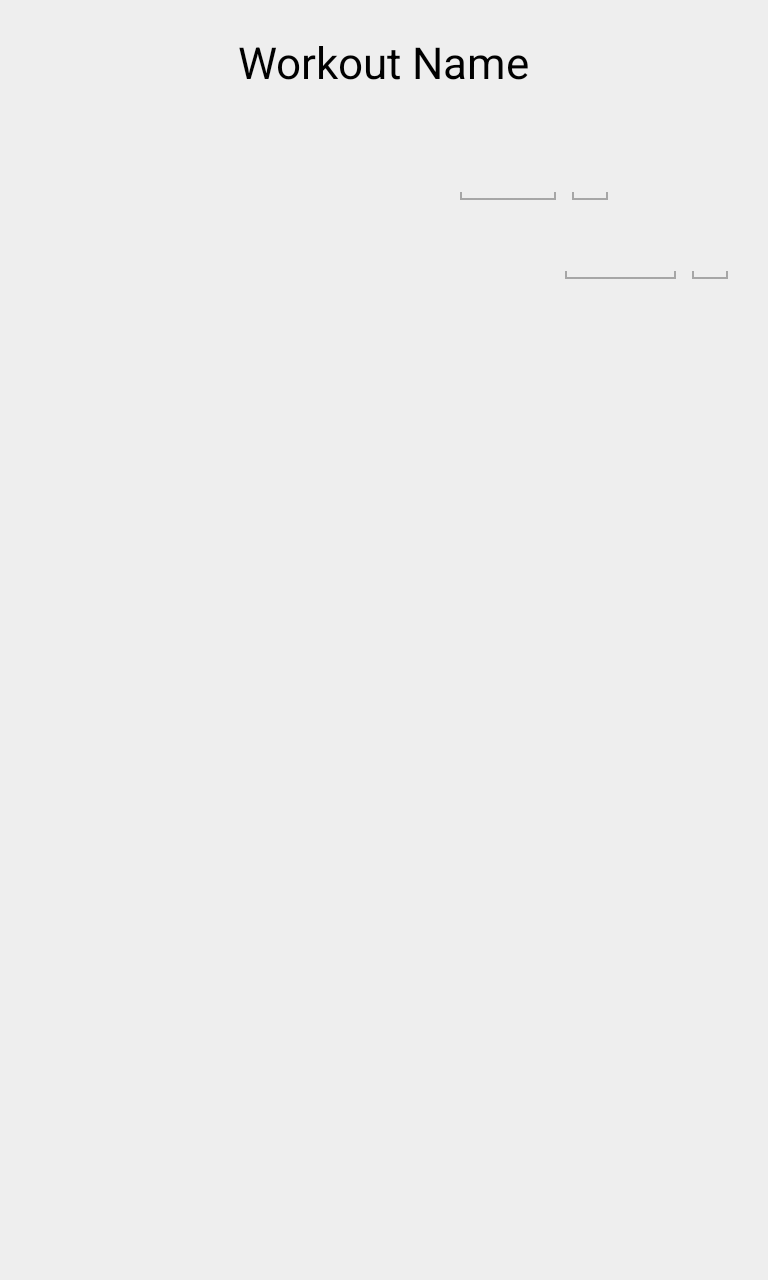
Repository: jmcdon09/EZWorkout
Layout: EzTrain/EzTrain/res/layout/activity_active_workout.xml
These files come from the project's save history. The layout is drawn as it stood at one moment and after the next save; the edit follows.
It is drawn on a 768 x 1280 px phone screen (xhdpi) without system bars, with theme AppTheme; the app's code is not run.

Above is the layout before, as saved 2014-03-30 14:09:11.

### EzTrain/EzTrain/res/layout/activity_active_workout.xml
<LinearLayout xmlns:android="http://schemas.android.com/apk/res/android"
    xmlns:tools="http://schemas.android.com/tools"
    android:id="@+id/LinearLayout1"
    android:layout_width="match_parent"
    android:layout_height="match_parent"
    android:orientation="vertical"
    android:background="@color/background"
    android:paddingBottom="@dimen/activity_vertical_margin"
    android:paddingLeft="@dimen/activity_horizontal_margin"
    android:paddingRight="@dimen/activity_horizontal_margin"
    android:paddingTop="@dimen/activity_vertical_margin"
    tools:context=".ActiveWorkout" >

        <TextView
            android:id="@+id/active_workout"
            android:layout_width="wrap_content"
            android:layout_height="wrap_content"
            android:layout_gravity="center"
            android:text="@string/workout_name"
            android:textAppearance="?android:attr/textAppearanceLarge" />

        <TableLayout
            android:layout_width="match_parent"
            android:layout_height="wrap_content" >

            <TableRow
                android:id="@+id/tableRow1"
                android:layout_width="wrap_content"
                android:layout_height="wrap_content"
                android:weightSum="100" >

                <TextView android:id="@+id/exercise"
                    android:layout_width="fill_parent"
                    android:layout_height="wrap_content"
                    android:layout_weight="70" />

                <TextView android:id="@+id/set"
                    android:layout_width="fill_parent"
                    android:layout_height="fill_parent"
                    android:layout_gravity="10" />

                <TextView android:id="@+id/rep"
                    android:layout_width="fill_parent"
                    android:layout_height="wrap_content"
                    android:layout_weight="10" />

                <TextView android:id="@+id/weight"
                    android:layout_width="fill_parent"
                    android:layout_height="fill_parent"
                    android:layout_gravity="10" />

            </TableRow>

            <TableRow
                android:id="@+id/tableRow2"
                android:layout_width="wrap_content"
                android:layout_height="wrap_content"
                android:weightSum="100" >

                <TextView android:id="@+id/exercise1"
                    android:layout_width="fill_parent"
                    android:layout_height="wrap_content"
                    android:layout_weight="70" />

                <TextView android:id="@+id/set1"
                    android:layout_width="fill_parent"
                    android:layout_height="fill_parent"
                    android:layout_gravity="10" />

                <EditText android:id="@+id/rep1"
                    android:layout_width="fill_parent"
                    android:layout_height="wrap_content"
                    android:layout_weight="10"
                    android:inputType="number" />

                <EditText android:id="@+id/weight1"
                    android:layout_width="fill_parent"
                    android:layout_height="fill_parent"
                    android:layout_gravity="10"
                    android:inputType="number"/>
            </TableRow>

            <TableRow
                android:id="@+id/tableRow3"
                android:layout_width="wrap_content"
                android:layout_height="wrap_content" >

                <TextView android:id="@+id/exercise1"
                    android:layout_width="fill_parent"
                    android:layout_height="wrap_content"
                    android:layout_weight="70" />

                <TextView android:id="@+id/set2"
                    android:layout_width="fill_parent"
                    android:layout_height="fill_parent"
                    android:layout_gravity="10" />

                <EditText android:id="@+id/rep2"
                    android:layout_width="fill_parent"
                    android:layout_height="wrap_content"
                    android:layout_weight="10"
                    android:inputType="number" />

                <EditText android:id="@+id/weight3"
                    android:layout_width="fill_parent"
                    android:layout_height="fill_parent"
                    android:layout_gravity="10"
                    android:inputType="number"/>

            </TableRow>

            <TableRow
                android:id="@+id/tableRow4"
                android:layout_width="wrap_content"
                android:layout_height="wrap_content" >
            </TableRow>
        </TableLayout>

</LinearLayout>

### EzTrain/EzTrain/res/values-v11/styles.xml
<?xml version="1.0" encoding="utf-8"?>
<resources>

    <!--
        Base application theme for API 11+. This theme completely replaces
        AppBaseTheme from res/values/styles.xml on API 11+ devices.
    -->
    <style name="AppBaseTheme" parent="android:Theme.Holo.Light">
        <!-- API 11 theme customizations can go here. -->
    </style>

    <style name="FullscreenTheme" parent="android:Theme.Holo">
        <item name="android:actionBarStyle">@style/FullscreenActionBarStyle</item>
        <item name="android:windowActionBarOverlay">true</item>
        <item name="android:windowBackground">@null</item>
        <item name="buttonBarStyle">?android:attr/buttonBarStyle</item>
        <item name="buttonBarButtonStyle">?android:attr/buttonBarButtonStyle</item>
    </style>

    <style name="FullscreenActionBarStyle" parent="android:Widget.Holo.Light.ActionBar">
        <item name="android:background">@color/action_bar_background</item>
        <item name="android:actionMenuTextColor">@color/black_overlay</item>
    </style>

</resources>

### EzTrain/EzTrain/res/values-v14/styles.xml
<resources xmlns:android="http://schemas.android.com/apk/res/android">

    <!--
        Base application theme for API 14+. This theme completely replaces
        AppBaseTheme from BOTH res/values/styles.xml and
        res/values-v11/styles.xml on API 14+ devices.
    -->
    <style name="AppBaseTheme" parent="@android:style/Theme.Holo.Light.DarkActionBar">
        <!-- API 14 theme customizations can go here. -->
        <item name="android:actionBarStyle">@style/MyActionBar</item>


    </style>

    <style name="MyActionBar" parent="@android:style/Widget.Holo.Light.ActionBar">
        <item name="android:background">@color/action_bar_background</item>
        <item name="android:titleTextStyle">@style/MyActionBarTitle</item>
    </style>

	<style name="MyActionBarTitle" parent="@android:style/TextAppearance.Holo.Widget.ActionBar.Title">
	    <item name="android:textColor">@color/title</item>

	</style>

	<style name="LargeTableText">
	    <item name="android:textAppearance">?android:attr/textAppearanceSmall</item>
	</style>



</resources>

### EzTrain/EzTrain/res/values/colors.xml
<resources>

    <color name="action_bar_background">#4db6af</color>
    <color name="black_overlay">#66000000</color>
    <color name="background">#eee</color>
    <color name="font">#444</color>
    <color name="accent">#ccc</color>
    <color name="title">#FFF</color>

</resources>

### EzTrain/EzTrain/res/values/strings.xml
<?xml version="1.0" encoding="utf-8"?>
<resources>

    <string name="app_name">EZWorkout</string>

    <string-array name="muscle_groups">
        <item>Arms</item>
        <item>Abdominals</item>
        <item>Chest</item>
        <item>Back</item>
        <item>Legs</item>
        <item>Shoulders</item>
    </string-array>

    <string-array name="my_workouts">
        <item>Biceps</item>
        <item>Major Chest Workout</item>
        <item>Leg Destroyer</item>
        <item>Ab Crusher</item>
    </string-array>

    <string-array name="chest">
        <item>Benchpress</item>
        <item>Butterflys</item>
        <item>Push Ups</item>
        <item>Iron Cross</item>
        <item>Decline Dumbell Press</item>
        <item></item>
    </string-array>

    <string-array name="arms">
        <item>Bicep Curls</item>
        <item>Spider Curls</item>
        <item>Tricep Dips</item>
        <item>Skullcrushers</item>
        <item>French Press</item>
    </string-array>

    <string-array name="shoudlers">
        <item>Shoulder Abduction</item>
        <item>Military Press</item>
    </string-array>

    <string-array name="abdominals">
        <item>Crunches</item>
        <item>Russian Twists</item>
        <item>Sit-ups</item>
        <item>Toe Touches</item>
    </string-array>

    <string-array name="legs">
        <item>One Legged Squats</item>
        <item>Romanian Deadlifts</item>
        <item>Trap Bar Deadlifts</item>
        <item>Box Jumps</item>
    </string-array>

    <string-array name="back">
        <item>Standing Good Mornings</item>
        <item>Seated Good Mornings</item>
        <item>Reverse Hypers</item>
        <item>Chin Ups</item>
    </string-array>

    <string name="workout_now">Start Workout</string>
    <string name="progress">My Progress</string>
    <string name="design_work">Design Workout</string>
    <string name="title_activity_start_workout">Start Workout</string>
    <string name="title_activity_my_progress">My Progress</string>
    <string name="title_activity_design_workout">Design Workout</string>
    <string name="title_activity_add_exercises">Add Exercises</string>
    <string name="title_activity_create_exercise">Create Exercise</string>
    <string name="title_activity_preview_workout">Preview Workout</string>
    <string name="title_activity_my_workouts">My Workouts</string>
    <string name="title_activity_workout">Workout</string>
    <string name="title_activity_active_workout">Active Workout</string>
    <string name="workout_name">Workout Name</string>
    <string name="return_workout"></string>
    <string name="action_settings">Action Settings</string>
    <string name="add_exercise_to_workout">Add Exercises to </string>
    <string name="add_exercise">Add Exercise</string>
    <string name="begin_design">Start Design</string>
    <string name="create_exercise">Create Exercise</string>
    <string name="muscle_group">Muscle Group</string>
    <string name="workout_description">Workout Description</string>
    <string name="my_workouts">My Workouts</string>
    <string name="start_workout">Start Workout</string>
    <string name="browse_workouts">Browse Workouts</string>
    <string name="exercise_name">Exercise Name</string>
    <string name="rep_hint">Rep hint goes here</string>
    <string name="action_home">Home</string>
    <string name="exercise1">Bench press </string>
    <string name="set1">4</string>
    <string name="rep1">8#821112</string>
    <string name="hello_world">Hello world!</string>
    <string name="preview_workout">Preview Workout</string>
    <string name="title_activity_preview_design">Preview Design</string>
    <string name="exercise">Exercise</string>
    <string name="sets">Sets</string>
    <string name="reps">Reps</string>
    <string name="weight">Weight</string>
    <string name="error_design_fill_sections">Fill out all sections before clicking Add Exercise!</string>
    <string name="error_empty_preview">Need at least one exercise added before preview!</string>
    <string name="save_workout">Save Workout</string>



</resources>

Loaded but not shown: EzTrain/EzTrain/res/values/styles.xml (common file); EzTrain/EzTrain/res/values/dimens.xml (common file)

After the next save:
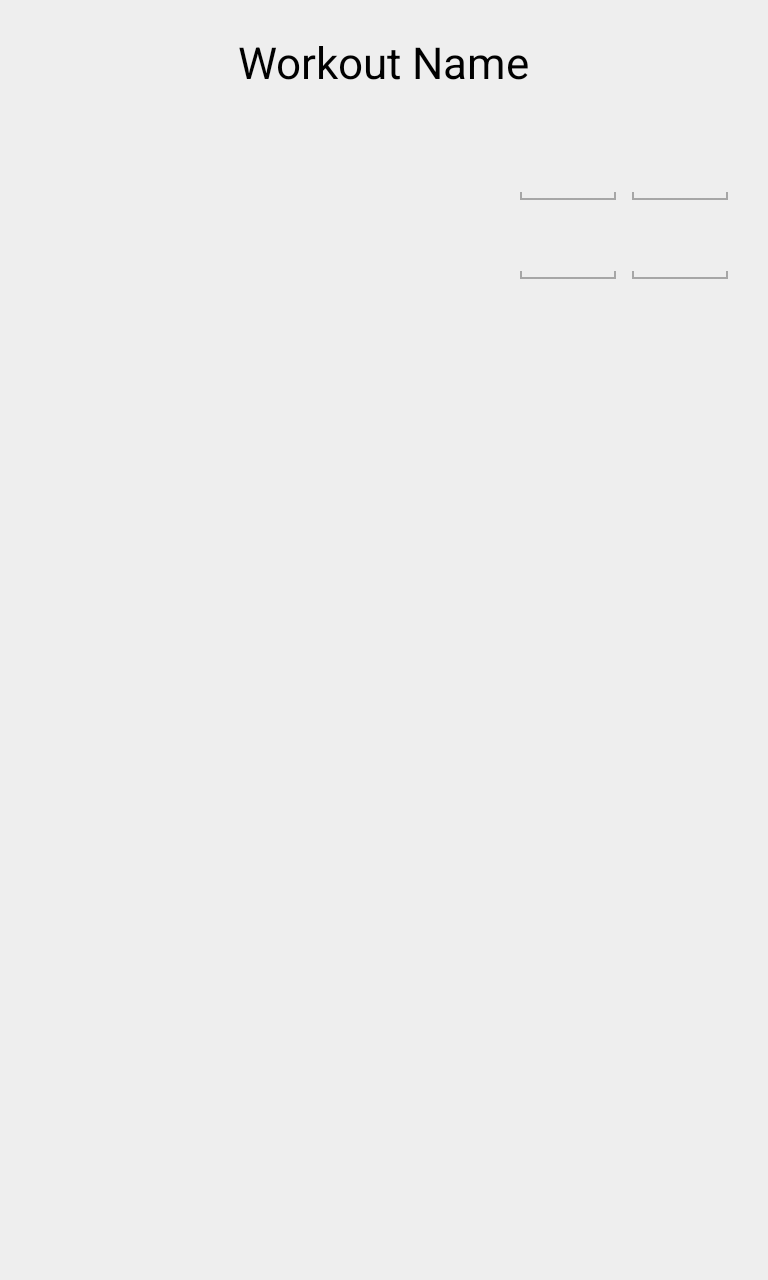
Saved 49 s later.
--- a/EzTrain/EzTrain/res/layout/activity_active_workout.xml
+++ b/EzTrain/EzTrain/res/layout/activity_active_workout.xml
@@ -37,7 +37,7 @@
                 <TextView android:id="@+id/set"
                     android:layout_width="fill_parent"
                     android:layout_height="fill_parent"
-                    android:layout_gravity="10" />
+                    android:layout_weight="10" />
 
                 <TextView android:id="@+id/rep"
                     android:layout_width="fill_parent"
@@ -47,7 +47,7 @@
                 <TextView android:id="@+id/weight"
                     android:layout_width="fill_parent"
                     android:layout_height="fill_parent"
-                    android:layout_gravity="10" />
+                    android:layout_weight="10" />
 
             </TableRow>
 
@@ -65,7 +65,7 @@
                 <TextView android:id="@+id/set1"
                     android:layout_width="fill_parent"
                     android:layout_height="fill_parent"
-                    android:layout_gravity="10" />
+                    android:layout_weight="10" />
 
                 <EditText android:id="@+id/rep1"
                     android:layout_width="fill_parent"
@@ -76,7 +76,7 @@
                 <EditText android:id="@+id/weight1"
                     android:layout_width="fill_parent"
                     android:layout_height="fill_parent"
-                    android:layout_gravity="10"
+                    android:layout_weight="10"
                     android:inputType="number"/>
             </TableRow>
 
@@ -85,7 +85,7 @@
                 android:layout_width="wrap_content"
                 android:layout_height="wrap_content" >
 
-                <TextView android:id="@+id/exercise1"
+                <TextView android:id="@+id/exercise2"
                     android:layout_width="fill_parent"
                     android:layout_height="wrap_content"
                     android:layout_weight="70" />
@@ -93,7 +93,7 @@
                 <TextView android:id="@+id/set2"
                     android:layout_width="fill_parent"
                     android:layout_height="fill_parent"
-                    android:layout_gravity="10" />
+                    android:layout_weight="10" />
 
                 <EditText android:id="@+id/rep2"
                     android:layout_width="fill_parent"
@@ -104,7 +104,7 @@
                 <EditText android:id="@+id/weight3"
                     android:layout_width="fill_parent"
                     android:layout_height="fill_parent"
-                    android:layout_gravity="10"
+                    android:layout_weight="10"
                     android:inputType="number"/>
 
             </TableRow>
